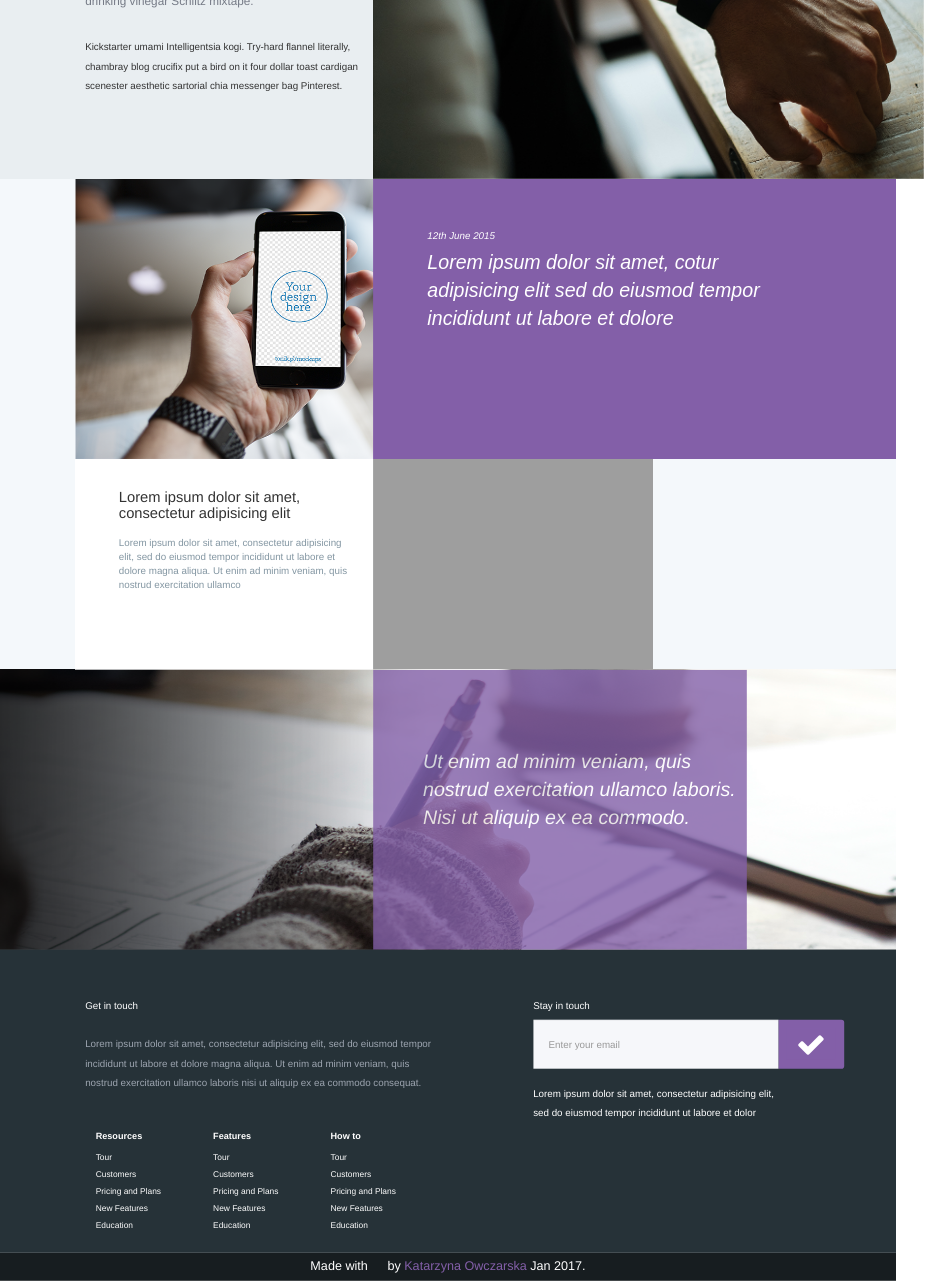
Repository: KatarzynaOwczarska/Tork
Page: Tork/WebContent/index.html
These files come from the project's save history. The page is drawn as it stood at one moment and after the next save; the edit follows.
The browser window is 1280 px wide. The page is 1321 px wide, so the pictures cover 1321 px, including what lies to the right of the window. The pictures show the part of the page from y = 2814 to 4654 px (the page is 4644 px tall before and 4654 px after), at 70% of full size.
Pictures or frames that could not be fetched are drawn as grey boxes. Backgrounds fixed to the window are drawn as part of the page.

Above is the page before, as saved 2017-02-06 14:05:51.

### Tork/WebContent/index.html
<!DOCTYPE html>
<html>
<head>
	<meta charset="UTF-8">
	<title>Tork</title>
	<link rel="stylesheet" type="text/css" href="./css/bootstrap.min.css">
	<link rel="stylesheet" type="text/css" href="./css/style.css">
	<link rel="stylesheet" href="./css/font-awesome.min.css">
	<link rel="stylesheet" href="./css/animate.css" type="text/css">
	<script src="./js/jquery-3.1.1.min.js"></script>
	<script src="./js/bootstrap.min.js"></script>
	<script src="./js/jquery.viewportchecker.min.js"></script>
	<script src="./js/scrollreveal.min.js"></script>
</head>
<body>
<div class="container-fluid">
	<div class="row">
		<div id="zegarek" class="col-xs-12" >
				<header>
					<div class="col-xs-1">
						<span id="nav" class="fa fa-bars fa-2x" aria-hidden="true"></span>
					</div>
					<div class="col-xs-offset-1 col-xs-9 col-lg-offset-7 col-lg-3">
						<input id="search" type="search" placeholder="search">
						<button id="buy-it">Buy it</button>
					</div>
				</header>
			<div class="col-xs-12 col-sm-offset-4 col-sm-6">
				<h1 id="naglowek"> Building bulletproof <br>fucking apps</h1>
				<p id="napis"><br>Kickstarter umami Intelligentsia kogi. Try-hard flannel literally, chambray blog crucifix put a bird on it four dollar toast cardigan scenester aesthet</p>
			</div>
			<div data-animate="bounceInDown"id="telefon" class="col-md-offset-6 col-md-6 hidden-xs hidden-sm">
				<img src="./telefon.png" height="550" width="430">
			</div>
		</div>
	</div>
	<div id=fiolet class="row">
			<div  id="super" class="col-md-5 col-md-offset-1 col-xs-offset-2 col-xs-8">
				<h2 id="super-truper">Super Truper & Such</h2>
				<p id="napis2"><br>Lorem ipsum dolor sit amet, consectetur adipisicing elit, sed do eiusmod tempor incididunt ut labore et dolore magna.</p>
				<button id="przycisk">See more</button>
			</div>
	</div>
	<div id="trzy-kolumny" class="row">
			<div id="trzy-kolumny-napis" class="col-xs-10 col-xs-offset-1">
				<div class="col-xs-12 col-md-4">
					<h2 id="design-features">Design & Features</h2>
					<br>
					<p id="design-features-p">Flannel ennui narwhal, craft beer twee Vice plaid authentic synth.</p>
					<br>
					<p id="miedzy-liniami">Kickstarter umami Intelligentsia kogi. Try-hard flannel literally, chambray blog crucifix put a bird on it four dollar toast cardigan scenester aesthetic sartorial chia messenger bag Pinterest.</p>
					<br>
					<button id="przycisk">See more</button>
				</div>
				<div class="col-xs-12 col-md-4">
					<h2 id="design-features">Design & Features</h2>
					<br>
					<p id="design-features-p">Flannel ennui narwhal, craft beer twee Vice plaid authentic synth.</p>
					<br>
					<p id="miedzy-liniami">Kickstarter umami Intelligentsia kogi. Try-hard flannel literally, chambray blog crucifix put a bird on it four dollar toast cardigan scenester aesthetic sartorial chia messenger bag Pinterest.</p>
					<br>
					<button id="przycisk">See more</button>
				</div>
				<div class="col-xs-12 col-md-4">
					<h2 id="design-features">Design & Features</h2>
					<br>
					<p id="design-features-p">Flannel ennui narwhal, craft beer twee Vice plaid authentic synth.</p>
					<br>
					<p id="miedzy-liniami">Kickstarter umami Intelligentsia kogi. Try-hard flannel literally, chambray blog crucifix put a bird on it four dollar toast cardigan scenester aesthetic sartorial chia messenger bag Pinterest.</p>
					<br>
					<button id="przycisk">See more</button>
				</div>
			</div>
	</div>
	<div id="czarny" class="row">
			<div class="col-xs-offset-1 col-xs-10">
				<h1 id="for-humans">Designed for humans</h1>
				<p id="wysrodkowany">Kickstarter umami Intelligentsia kogi. Try-hard flannel literally, chambray blog crucifix put a bird on it four dollar toast cardigan scenester aesthetic sartorial chia messenger bag Pinterest. 3 wolf moon Thundercats Banksy paleo, yr four loko Shoreditch dreamcatcher.</p>
				<div id="myCarousel" class="carousel slide" data-ride="carousel">
	 				<ol class="carousel-indicators">
					    <li data-target="#myCarousel" data-slide-to="0" class="active"></li>
					    <li data-target="#myCarousel" data-slide-to="1"></li>
					</ol>
	 				<div class="carousel-inner" role="listbox">
	      				<div class="item active">
	        				<img src="./rozowy-obrazek.png">
	        			</div>
	      				<div class="item">
	        				<img src="./komputer.png">
	      				</div>
	    			</div>
				</div>
			</div>
	</div>
	<div id="szary" class="row">
			<div id="margines-ikonki" class="col-xs-10 col-xs-offset-1">
				<div class="col-xs-12 col-md-3">
					<span data-animate="pulse" id="ikonka" class="fa fa-pencil fa-3x" aria-hidden="true"></span>
					<h3>01<span id="span-kolor"> Design</span></h3>
					<br>
					<p id="napis-szary">Scenester PBR deep v jean shorts typewriter. Sustainable keytar Tumblr, authentic mustache locavore scenester gentrify meh banjo fanny pack health goth. Four dollar toast scenester XOXO crucifix, mumblecore banh mi yr cold-pressed Bushwick.</p>
					<p id="test"></p>
				</div>
				<div class="col-xs-12 col-md-3">
					<span data-animate="pulse" id="ikonka" class="fa fa-location-arrow fa-3x" aria-hidden="true"></span>
					<h3>02<span id="span-kolor"> Refinement</span></h3>
					<br>
					<p id="napis-szary">Scenester PBR deep v jean shorts typewriter. Sustainable keytar Tumblr, authentic mustache locavore scenester gentrify meh banjo fanny pack health goth. Four dollar toast scenester XOXO crucifix, mumblecore banh mi yr cold-pressed Bushwick.</p>
				</div>
				<div class="col-xs-12 col-md-3">
					<span data-animate="pulse" id="ikonka" class="fa fa-paint-brush fa-3x" aria-hidden="true"></span>
					<h3>03<span id="span-kolor"> Dive In</span></h3>
					<br>
					<p id="napis-szary">Scenester PBR deep v jean shorts typewriter. Sustainable keytar Tumblr, authentic mustache locavore scenester gentrify meh banjo fanny pack health goth. Four dollar toast scenester XOXO crucifix, mumblecore banh mi yr cold-pressed Bushwick.</p>
				</div>
				<div class="col-xs-12 col-md-3">
					<span data-animate="pulse" id="ikonka" class="fa fa-search fa-3x" aria-hidden="true"></span>
					<h3>04<span id="span-kolor"> Research</span></h3>
					<br>
					<p id="napis-szary">Scenester PBR deep v jean shorts typewriter. Sustainable keytar Tumblr, authentic mustache locavore scenester gentrify meh banjo fanny pack health goth. Four dollar toast scenester XOXO crucifix, mumblecore banh mi yr cold-pressed Bushwick.</p>
				</div>
			</div>
	</div>
	<div id="szary-jasny" class="row">
			<div class="col-xs-12 col-md-4 col-md-offset-1">
				<h1 id="conectivity">Conectivity</h1>
				<p id="napis-zegarek">Flannel ennui narwhal, craft beer twee Vice plaid authentic synth Intelligentsia stumptown gluten-free drinking vinegar Schlitz mixtape.</p>
				<p id="napis-zegarek-maly">Kickstarter umami Intelligentsia kogi. Try-hard flannel literally, chambray blog crucifix put a bird on it four dollar toast cardigan scenester aesthetic sartorial chia messenger bag Pinterest.</p>
				<p id="test2"></p>
			</div>
			<div id="zegarek-czysty" class="col-xs-12 col-md-7"><img id="obrazek" src="./zegarek-czysty.png" height="500" width="788"></div>
	</div>
	<div id="filmik" class="row">
			<div id="padding-telefon" class="col-xs-12 col-md-offset-1 col-md-4"><img src="./telefon-reka.png" height="400" width="500"></div>
			<div id="obok-filmu" class="col-md-7 col-xs-12">
				<div class="col-xs-9 col-xs-offset-1">
					<p id="data">12th June 2015</p>
					<p id="lorem-ipsum">Lorem ipsum dolor sit amet, cotur adipisicing elit sed do eiusmod tempor incididunt ut labore et dolore</p>
				</div>
			</div>
			<div id="komentarze" class="col-xs-12 col-md-4 col-md-offset-1">
				<div class="col-md-11 col-xs-10 col-xs-offset-1">
					<h2>Lorem ipsum dolor sit amet, consectetur adipisicing elit</h2>
					<p>Lorem ipsum dolor sit amet, consectetur adipisicing elit, sed do eiusmod tempor incididunt ut labore et dolore magna aliqua. Ut enim ad minim veniam, quis nostrud exercitation ullamco</p>
					<button id="przycisk" class="visible-xs visible-sm">Read more</button>
				</div>
			</div>
			<div id="telefony" class="col-md-5 hidden-xs hidden-sm"></div>
	</div>
	<div id="reka" class="row">
		<div id="fioletowy-napis" class="col-xs-12 col-md-5">
			<p>Ut enim ad minim veniam, quis nostrud exercitation ullamco laboris. Nisi ut aliquip ex ea commodo.</p>
		</div>
	</div>
	<div id="stopka" class="row">
			<div id="margines" class="col-xs-12 col-md-5 col-md-offset-1">
				<p>Get in touch</p><br>
				<p id="napis-szary">Lorem ipsum dolor sit amet, consectetur adipisicing elit, sed do eiusmod tempor incididunt ut labore et dolore magna aliqua. Ut enim ad minim veniam, quis nostrud exercitation ullamco laboris nisi ut aliquip ex ea commodo consequat.</p>
			</div>
			<div id="margines" class="col-xs-12 col-md-5 col-md-offset-1">
				<p>Stay in touch</p>
				<form action="#" class="form-inline">
					<div class="form-group">
						<div class="input-group">
							<div><input id="pole" type="email" placeholder="Enter your email" class="form-control"></div>
							<div id="submit" class="input-group-addon"><button id="submit" type="submit" value=""><span class="fa fa-check fa-3x"></span></button></div>
						</div>
					</div>
				</form>
				<p id="pod-polem">Lorem ipsum dolor sit amet, consectetur adipisicing elit, <br>sed do eiusmod tempor incididunt ut labore et dolor</p>
			</div>
			<div id="linki" class="col-xs-12 col-md-5 col-md-offset-1">
					<div class="col-xs-4">
						<p>Resources</p>
						<a>Tour</a><br>
						<a>Customers</a><br>
						<a>Pricing and Plans</a><br>
						<a>New Features</a><br>
						<a>Education</a>
					</div>
					<div class="col-xs-4">
						<p>Features</p>
						<a>Tour</a><br>
						<a>Customers</a><br>
						<a>Pricing and Plans</a><br>
						<a>New Features</a><br>
						<a>Education</a>
					</div>
					<div class="col-xs-4">
						<p>How to</p>
						<a>Tour</a><br>
						<a>Customers</a><br>
						<a>Pricing and Plans</a><br>
						<a>New Features</a><br>
						<a>Education</a>
					</div>
				</div>
		</div>
	</div>
	<div id="podpis" class="row">
			<div id="footer" class="col-xs-12">
				<h4>Made with <i data-animate="bounceInDown" id="serduszko" class="fa fa-heart" aria-hidden="true"></i> by <span id="kasia">Katarzyna Owczarska</span> Jan 2017.</h4>
			</div>
	</div>
	<script>
		$(document).ready(function(){
			$('*[data-animate]').addClass('ukryj').each(function(){
      			$(this).viewportChecker({
        			classToAdd: 'show animated ' + $(this).data('animate'),
        			classToRemove: 'ukryj',
        			offset: '5%'
      			});
    		});
		});

		$('#ikonka').hover(function() {
			$('*[data-animate]').addClass('ukryj').each(function(){
      			$(this).viewportChecker({
        			classToAdd: 'show animated ' + $(this).data('animate'),
        			classToRemove: 'ukryj',
        			offset: '5%'
      			});
    		});
		});
	</script>
	<script>
    	window.sr = ScrollReveal();
    	sr.reveal('#telefony', {
        	reset: true,
        	delay: 500,
        	distance: 0
    	});
    	sr.reveal('#padding-telefon', {
        	reset: true,
        	delay: 500,
        	distance: 0
    	});
    	sr.reveal('#zegarek-czysty', {
        	reset: true,
        	delay: 500,
        	distance: 0
    	});
    	sr.reveal('#fioletowy-napis', {
        	duration: 1000,
        	delay: 500,
        	easing: 'linear',
    	});
    	sr.reveal('#trzy-kolumny-napis', {
        	reset: true,
    		duration: 1000,
        	delay: 500,
        	easing: 'linear',
        	distance: 0
    	});
</script>
</body>
</html>

### Tork/WebContent/css/style.css
@CHARSET "UTF-8";

.container-fluid {
	padding: 0px 0px 0px 0px;
}

.row {
	margin: 0px 0px 0px 0px;
}

header {
	height: 70px;
	background-color: transparent;
  	background-color: rgba(25, 28, 36, 0.5);  /* FF3+, Saf3+, Opera 10.10+, Chrome, IE9 */
  	filter: progid:DXImageTransform.Microsoft.gradient(startColorstr=#3332FA32,endColorstr=#3332FA32); /* IE6&#8211;IE9 */
  	zoom: 1;
  	width: 100%;
}

#search {
	background-color: rgb(45,60,66);
	margin-top: 1em;
	border-radius: 50px;
	text-indent: 10px;
	height: 30px;
	width: 200px;
	border: none;
}

#buy-it {
	border-radius: 50px;
	width: 60px;
	height: 30px;
	background-color: rgb(131,95,168);
	color: white;
	border: none;
	margin-left: 1.5em;
}

#nav {
	color: white;
	margin-left: 0.5em;
	margin-top: 0.5em;
}

#zegarek {
	background-color: rgb(25,28,36);
	background-image: url("../zegarek.png");
	background-size: 60% 120%;
	background-repeat: no-repeat;
	background-attachment: fixed;
	padding-right: 0px;
    padding-left: 0px;
}

#telefon {
	position: absolute;
	top: 90%;
}

#naglowek {
	color: white;
	font-size: 5em;
	font-weight: 100;
	margin-top: 2em;
}

#napis {
	color: white;
	font-size: 1.3em;
	margin-right: 5em;
	margin-bottom:5em;
}

#napis2 {
	color: white;
	font-size: 1.3em;
	margin-bottom:3em;
}

#fiolet {
	background-color: rgb(131,95,168);
}

#super-truper {
	color: white;
	margin-top: 2em;
	font-size: 3em;
}

#super {
	margin-bottom: 9.5em;
}

#przycisk {
	border-radius: 50px;
	background-color: rgb(59,211,186);
	border: none;
	padding: 8px 40px;
	color: white;
	font-size: 1.5em;
	margin-bottom: 2em;
	transition-duration:0.5s;
}

#przycisk:hover {
	background-color: rgb(0,188,212);
}

#trzy-kolumny {
	background-color: rgb(244,248,251);
}

#design-features {
	color: rgb(86,86,86);
	margin-top: 3em;
	font-size: 2em;

}

#design-features-p {
	color: rgb(126,126,126);
	font-size: 1.5em;
	font-weight: 100;
	font-family: Arial, Helvetica, sans-serif;
}

#miedzy-liniami {
	line-height: 200%;
	font-family: Verdana, Geneva, sans-serif;
}

#czarny {
	background-color: rgb(35,40,49);
}


#for-humans {
	color: white;
	font-family: Verdana, Geneva, sans-serif;
	text-align: center;
	margin-top: 2.5em;
}

#wysrodkowany {
	color: rgb(157,165,176);
	text-align: center;
	font-size: 1.1em;
	line-height: 200%;
}

.carousel-inner > .item > img,
  .carousel-inner > .item > a > img {
      margin: auto;
      margin-top: 1%;
}

#szary {
	background-color: rgb(43,48,59);
}

#szary h3 {
	color:rgb(51,77,96);
}

#span-kolor {
	color: white;
}

#napis-szary {
	line-height: 200%;
	color: rgb(157,165,176);
}

#margines {
	margin-bottom: 5em;
	margin-top: 1.7em;
}

#ikonka {
	color: rgb(55,156,136);
}

#szary-jasny {
	background-color: rgb(233,238,241);
}

#napis-zegarek {
	color: rgb(117,122,134);
	font-size: 1.2em;
	margin-top: 2em;
	margin-bottom: 2em;
	line-height: 200%;
}

#napis-zegarek-maly {
	line-height: 200%;
}

#conectivity {
	margin-left: 0.5em;
	margin-top: 2.5em;
}

#filmik {
	height: 700px;
	background-color: rgb(244,248,251);
}

#padding-telefon {
	padding: 0px 0px 0px 0px;
}

#zegarek-czysty {
	padding: 0px 0px 0px 0px;
}

#obok-filmu {
	background-color: rgb(131,95,168);
	height: 400px;
	padding: 0px 0px 0px 0px;
}

#data {
	margin-top: 5em;
	color: white;
	font-style: italic;
}

#lorem-ipsum {
	color: white;
	font-style: italic;
	font-size: 2em;
	font-weight: 100;
	font-family: Arial, Helvetica, sans-serif;
}

#komentarze {
	background-color: white;
}

#komentarze h2 {
	font-size: 1.5em;
	margin-top: 2em;
}

#komentarze p {
	margin-top: 1.5em;
	margin-bottom: 8em;
	color: rgb(131,150,162);
}

#telefony {
	background-image: url("../telefony.jpg");
	background-repeat: no-repeat;
	height: 43%;
}

#reka {
	background-color: black;
	background-image: url("../dlugopis.png");
	background-size: 100% 120%;
	background-repeat: no-repeat;
}

#reka div {
	background-color: rgb(131,95,168);
	height: 400px;
	opacity: 0.8;
}


#reka p {
	font-size: 2em;
	font-style: italic;
	color: white;
	margin-top: 4em;
	margin-left: 2em;
}

#stopka {
	background-color: rgb(38,50,56);
	color: white;
}

#margines {
	margin-top: 5em;
	margin-bottom: 0px;
}

#margines-ikonki {
	margin-top: 3em;
	margin-bottom: 3em;
}

#linki {
	margin-bottom: 2em;
}

#linki p {
	font-weight: bold;
	font-size: 13px;
}

#linki a {
	color: white;
	font-size: 12px;
	line-height: 200%;
}

#linki a:hover {
	text-decoration: none;
	cursor: pointer;
}

#pole {
	border: none;
	color: black;
	background-color: rgb(246,247,250);
	text-indent: 10px;
	width: 25em;
	height: 5em;
}

#pole:focus {
	color: black;
}

#submit {
	border: none;
	width: 5em;
	background-color: rgb(131,95,168);
	color: white;
}

#pod-polem {
	margin-top: 1.5em;
	line-height: 200%;
}

#podpis {
	background-color: rgb(23,29,32);
	color: white;
}

#footer {
	margin: 0px 0px 0px 0px;
	text-align: center;
}

#odstep-d {
	height: 500px;
	background-color: grey;

}

.ukryj{
	opacity:0
}

.show {
	opacity: 1;
}

#serduszko {
	color: red;
}

#kasia {
	color: rgb(131,95,168);
}

@media only screen and (max-width: 991px) {
	#super {
		text-align: center;

	}
}

@media only screen and (max-width: 991px) {
	#super-truper {
		margin-top: 2.5em;

	}
}

@media only screen and (max-width: 768px) {
	#naglowek {
		margin-top: 0.5em;

	}

	#zegarek {
		background-size: 100% 120%;
	}

	#obrazek {
		width: 100%;
	}
}

Loaded but not shown: Tork/WebContent/css/bootstrap.min.css (library); Tork/WebContent/css/font-awesome.min.css (library); Tork/WebContent/css/animate.css (library); Tork/WebContent/js/jquery-3.1.1.min.js (library); Tork/WebContent/js/bootstrap.min.js (library); Tork/WebContent/js/jquery.viewportchecker.min.js (common file); Tork/WebContent/js/scrollreveal.min.js (library)

After the next save:
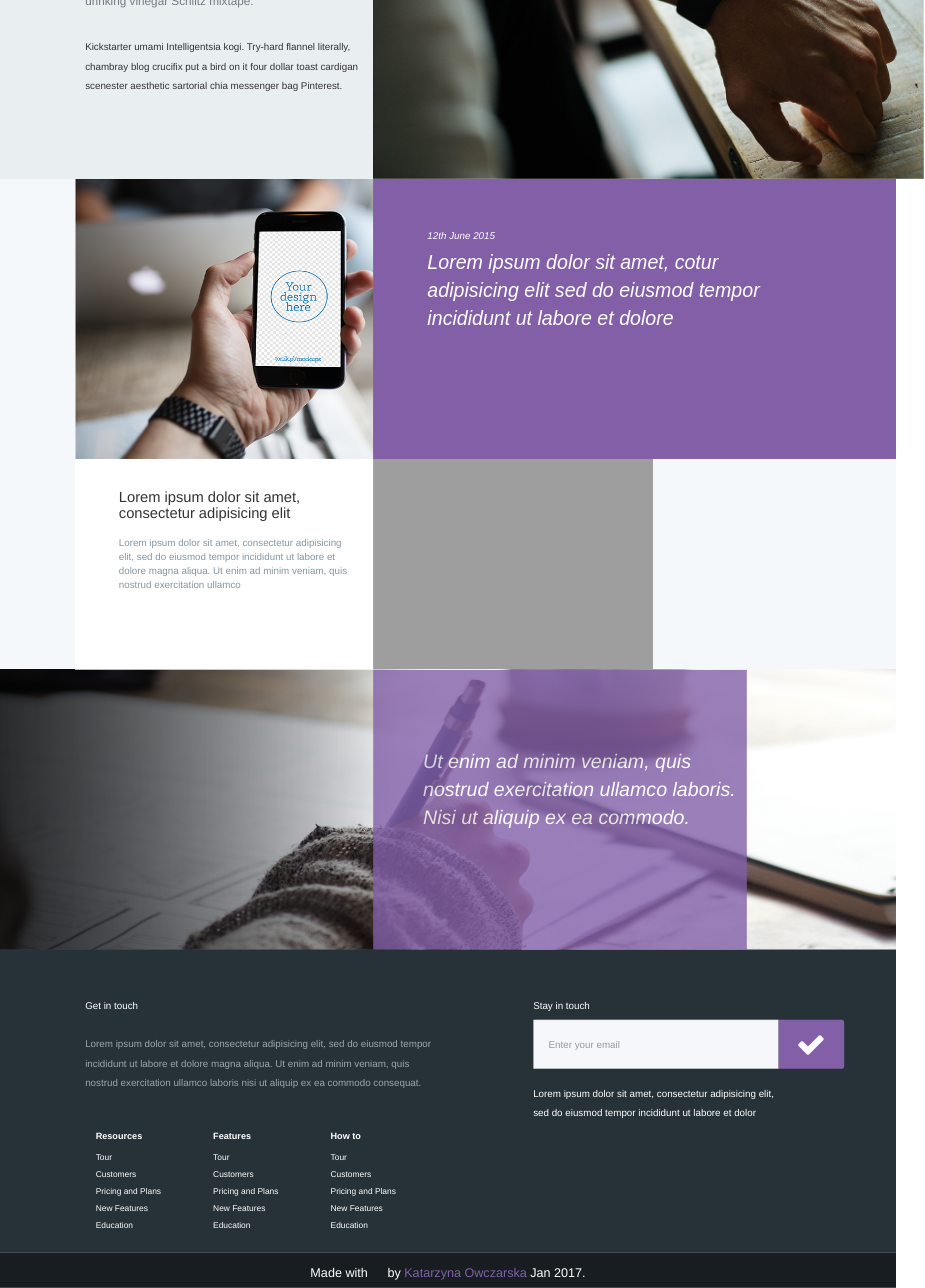
Saved 15 s later.
--- a/Tork/WebContent/css/style.css
+++ b/Tork/WebContent/css/style.css
@@ -344,7 +344,7 @@ header {
 }
 
 #footer {
-	margin: 0px 0px 0px 0px;
+	margin: 10px 0px 0px 0px;
 	text-align: center;
 }
 
